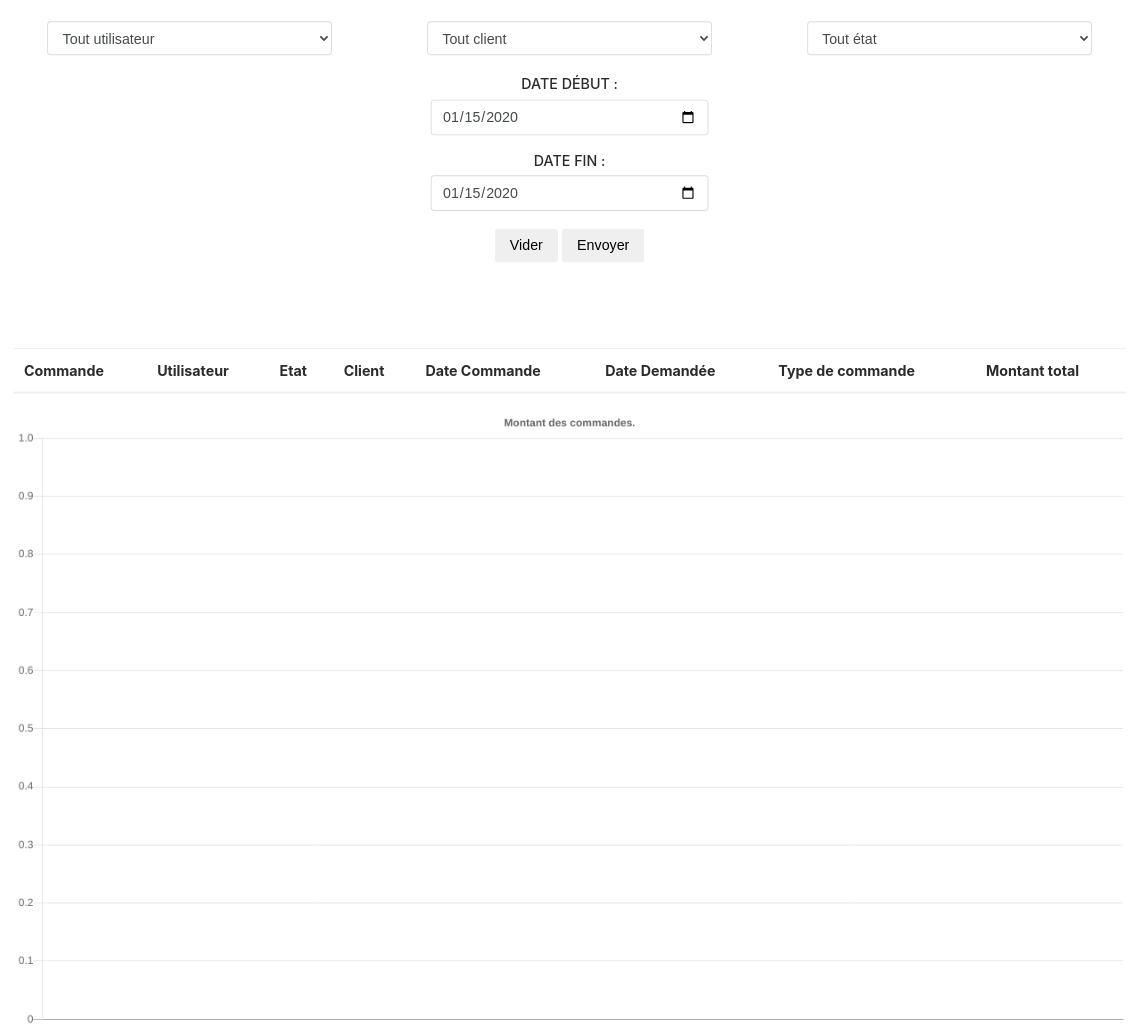
Repository: vmele/Cote
Page: http://localhost/PPE4_VMELE/reporting.jsp
The author's editor kept a copy of each file at every save. The page is drawn from the files as they stood at one save, then again after the next save.
The browser window is 1280 px wide. The pictures show the whole page, at 89% of full size.
Empty fields were first filled with sample values (such as "Sample", 5 or name@example.com).
After loading, the first visible `button[onclick="sendInfos()"]` was clicked once.
Some web libraries are served in a nearby version. The page is served by Tomcat 9. Other server files are loaded and not shown. Queries for data that is not in the repository find no rows.

Above is the page before, as saved 2017-06-06 12:07:18.
Console error (its wording comes from the project's code and is left out).

### Workspace/PPE4_VMELE/WebContent/reporting.jsp
<%@ page language="java" contentType="text/html; charset=UTF-8"
	pageEncoding="UTF-8"%>
<!DOCTYPE html>
<html>
<head>


<link rel="stylesheet"
	href="//code.jquery.com/ui/1.12.1/themes/base/jquery-ui.css">
<link rel="stylesheet" href="css/style.css">
<link rel="stylesheet"
	href="https://maxcdn.bootstrapcdn.com/bootstrap/4.0.0-alpha.6/css/bootstrap.min.css"
	integrity="sha384-rwoIResjU2yc3z8GV/NPeZWAv56rSmLldC3R/AZzGRnGxQQKnKkoFVhFQhNUwEyJ"
	crossorigin="anonymous">
<script src="https://code.jquery.com/jquery-1.12.4.js"></script>
<script src="https://code.jquery.com/ui/1.12.1/jquery-ui.js"></script>
<!-- <script
	src="https://cdn.datatables.net/1.10.15/js/jquery.dataTables.min.js"></script> -->
<script type="text/javascript" src="js/reporting.js"></script>
<script
	src="https://cdnjs.cloudflare.com/ajax/libs/Chart.js/2.5.0/Chart.min.js"></script>
<script
	src="https://maxcdn.bootstrapcdn.com/bootstrap/4.0.0-alpha.6/js/bootstrap.min.js"
	integrity="sha384-vBWWzlZJ8ea9aCX4pEW3rVHjgjt7zpkNpZk+02D9phzyeVkE+jo0ieGizqPLForn"
	crossorigin="anonymous"></script>



<meta http-equiv="Content-Type" content="text/html; charset=UTF-8">
<title>Reporting</title>
</head>
<body>

	<div class="container-fluid">
		<br>
		<div class="selecteur">
			<div class="row">
				<select id="searchUtilisateur" class="form-control col-md-3"
					name="searchUtilisateur">
				</select> <select id="searchClient" class="form-control col-md-3"
					name="searchClient">
				</select> <select id="searchEtat" class="form-control col-md-3"
					name="searchEtat">
				</select>
			</div>
			<br>
			<h6>Date début :</h6>
			<div class="search-container">
				<div class="ui-widget">
					<input type="date" id="dateDebut" name="dateDebut"
						class="search form-control col-md-3" />
				</div>
			</div>

			<h6>Date fin :</h6>
			<div class="search-container">
				<div class="ui-widget">
					<input type="date" id="dateFin" name="dateFin"
						class="search form-control col-md-3" />
				</div>
			</div>
		</div>

		<div class="col-md-12  text-center">
			<button id="searchListe" onclick="viderInfos()" type="button"
				class="btn">Vider</button>
			<button id="searchListe" onclick="sendInfos()" type="button"
				class="btn">Envoyer</button>
		</div>
		<br> <br> <br>


		<script type="text/javascript">
			var barChart = null;

			function sendInfos() {

				var table = document.getElementById("dataTable");

				$('#dataTable tbody').empty();

				if (barChart != null) {
					barChart.destroy();
				}

				var utilisateur = document.getElementById('searchUtilisateur');
				var utilisateurValue = utilisateur.value;

				var client = document.getElementById('searchClient');
				var clientValue = client.value;

				var etat = document.getElementById('searchEtat');
				var etatValue = etat.value;

				var dateDebut = document.getElementById('dateDebut');
				var dateDebutValue = dateDebut.value;

				var dateFin = document.getElementById('dateFin');
				var dateFinValue = dateFin.value;

				console.log("idUtilisateur : " + utilisateurValue
						+ " /n idClient : " + clientValue + " /n Début : "
						+ dateDebutValue + " /n Fin : " + dateFinValue);

				$.ajax({
					url : 'RechercheListe',
					method : 'POST',
					data : 'utilisateur=' + utilisateurValue + '&client='
							+ clientValue + '&etat=' + etatValue + '&debut='
							+ dateDebutValue + '&fin=' + dateFinValue,
					success : function(result) {

						var refCommande = [];
						var utilisateur = [];
						var dateCommande = [];
						var dateDemandee = [];
						var typeCommande = [];
						var moyenContact = [];
						var etatCommande = [];
						var client = [];
						var total = [];

						$.each(result, function(key, value) {

							refCommande.push(value['refCommande']);
							utilisateur.push(value['utilisateur']);
							dateCommande.push(value['dateCommande']);
							dateDemandee.push(value['dateDemandee']);
							typeCommande.push(value['type']);
							moyenContact.push(value['moyenContact']);
							etatCommande.push(value['etatCommande']);
							client.push(value['client']);
							total.push(value['montant']);

						});

						var t = "";
						for (var i = 0; i < refCommande.length; i++) {
							var tr = "<tr>";
							tr += "<td>" + refCommande[i] + "</td>";
							tr += "<td>" + utilisateur[i].prenom + " "
									+ utilisateur[i].nom + "</td>";
							tr += "<td>" + etatCommande[i].libelle + "</td>";
							tr += "<td>" + client[i].raisonSociale + "</td>";
							tr += "<td>" + dateCommande[i] + "</td>";
							tr += "<td>" + dateDemandee[i] + "</td>";
							tr += "<td>" + typeCommande[i].libelle + "</td>";
							tr += "<td>" + total[i] + "€" + "</td>";
							tr += "</tr>";
							t += tr;
						}

						document.getElementById("dataTable").innerHTML += t;
					}
				});
				$.ajax({
					url : 'RechercheChart',
					method : 'POST',
					data : 'utilisateur=' + utilisateurValue + '&client='
							+ clientValue + '&etat=' + etatValue + '&debut='
							+ dateDebutValue + '&fin=' + dateFinValue,
					success : function(result) {
						console.log(result);

						var nom = [];
						var prenom = [];
						var montant = [];

						$.each(result, function(key, value) {
							nom.push(value['nom']);
							prenom.push(value['prenom']);
							montant.push(value['montant']);
						});

						for (var i = 0; i < utilisateur.length; i++) {
							console.log("Liste des utilisateurs : ");
							console.log(nom[i] + " " + prenom[i] + " || "
									+ montant[i]);
						}

						// Bar chart
						barChart = new Chart(document
								.getElementById("bar-chart"), {
							type : 'bar',
							data : {

								labels : nom,
								datasets : [ {
									label : "Recette (€)",
									backgroundColor : [ "#3e95cd", "#8e5ea2",
											"#3cba9f", "#e8c3b9", "#c45850" ],
									data : montant
								} ]
							},
							options : {
								legend : {
									display : false
								},
								title : {
									display : true,
									text : 'Montant des commandes.'
								},
								scales : {
									yAxes : [ {
										ticks : {
											beginAtZero : true
										}
									} ]
								}
							}
						});
					}
				});
			}

			function viderInfos(){

				var table = document.getElementById("dataTable");

				$('#dataTable tbody').empty();

				if (barChart != null) {
					barChart.destroy();
				}
			}
		</script>

		<br>
		<div class="table-responsive">
			<table id="dataTable" cellspacing="0" width="100%"
				class="table table-striped">
				<thead>
					<tr>
						<th>Commande</th>
						<th>Utilisateur</th>
						<th>Etat</th>
						<th>Client</th>
						<th>Date Commande</th>
						<th>Date Demandée</th>
						<th>Type de commande</th>
						<th>Montant total</th>
					</tr>
				</thead>
				<tbody>
					<div>
				</tbody>
			</table>
		</div>
		<canvas id="bar-chart" width="800" height="450"></canvas>


	</div>

</body>
</html>

### Workspace/PPE4_VMELE/src/servlet/RechercheClient.java
package servlet;

import java.io.IOException;
import java.util.ArrayList;
import java.util.List;

import javax.servlet.ServletException;
import javax.servlet.annotation.WebServlet;
import javax.servlet.http.HttpServlet;
import javax.servlet.http.HttpServletRequest;
import javax.servlet.http.HttpServletResponse;

import com.google.gson.Gson;

import business.Client;
import service.ClientService;
import service.impl.ClientServiceImpl;

/**
 * Servlet implementation class RechercheClient
 */
public class RechercheClient extends HttpServlet {
	private static final long serialVersionUID = 1L;

	private ClientService clientServiceImpl;
	List<Client> listeClients = new ArrayList<>();

	/**
	 * @throws Exception
	 * @see HttpServlet#HttpServlet()
	 */
	public RechercheClient() throws Exception {
		clientServiceImpl = new ClientServiceImpl();
	}

	/**
	 * @see HttpServlet#doGet(HttpServletRequest request, HttpServletResponse
	 *      response)
	 */
	protected void doGet(HttpServletRequest request, HttpServletResponse response)
			throws ServletException, IOException {

		System.out.println("Passe par le DoPost /RechercheClientServet");

		response.setContentType("application/json");

		try {

			List<Client> listeClients = clientServiceImpl.recupererListeClients();

			String json = new Gson().toJson(listeClients);
			response.getWriter().write(json);

		} catch (Exception e) {
			System.err.println(e.getMessage());
		}
	}

	/**
	 * @see HttpServlet#doPost(HttpServletRequest request, HttpServletResponse
	 *      response)
	 */
	protected void doPost(HttpServletRequest request, HttpServletResponse response)
			throws ServletException, IOException {
		doGet(request, response);
	}

}

### Workspace/PPE4_VMELE/src/service/impl/ClientServiceImpl.java
package service.impl;

import java.util.ArrayList;
import java.util.List;

import business.Client;
import business.Utilisateur;
import dao.ClientDao;
import dao.impl.ClientDaoImpl;
import service.ClientService;

public class ClientServiceImpl implements ClientService {

	private ClientDao ClientDaoImpl;

	public ClientServiceImpl() throws Exception
	{
		super();
	//	System.out.println("Constructeur ClientServiceImpl");
		this.ClientDaoImpl = new ClientDaoImpl();
	}

	@Override
	public Client recupererClientParID(int idClient)
	{
		Client Client;

		Client = ClientDaoImpl.findClientById(idClient);

		return Client;
	}

	@Override
	public List<Client> recupererListeClients()
	{
		List<Client> listeClients = new ArrayList<Client>();

		listeClients = ClientDaoImpl.findAllClients();

		return listeClients;
	}

	@Override
	public List<Client> recupererClientParRS(String raisonSociale)
	{
		List<Client> listeClients = new ArrayList<Client>();

		listeClients = ClientDaoImpl.findClientByRS(raisonSociale);

		return listeClients;
	}

}

### Workspace/PPE4_VMELE/src/dao/ClientDao.java
package dao;

import java.util.List;

import business.Client;

public interface ClientDao {

	/**
	 * Permet de récupérer un objet Utilisateur en fonction de son ID
	 *
	 * @param idUtilisateur
	 *            ID de l'utilisateur
	 * @return L'objet Utilisateur
	 */
	public Client findClientById(int idClient);

	/**
	 * Permet de récupérer la liste des utilisateurs
	 *
	 * @return Liste des utilisateurs
	 */
	public List<Client> findAllClients();

	public List<Client> findClientByRS(String raisonSociale);
}

### Workspace/PPE4_VMELE/src/service/impl/UtilisateurServiceImpl.java
package service.impl;

import java.util.ArrayList;
import java.util.List;

import business.Utilisateur;
import dao.UtilisateurDao;
import dao.impl.UtilisateurDaoImpl;
import service.UtilisateurService;

public class UtilisateurServiceImpl implements UtilisateurService {

	private UtilisateurDao utilisateurDaoImpl;

	public UtilisateurServiceImpl() throws Exception
	{
		super();
	//	System.out.println("Constructeur UtilisateurServiceImpl");

		this.utilisateurDaoImpl = new UtilisateurDaoImpl();
	}

	@Override
	public Utilisateur recupererUtilisateurParID(int idUtilisateur)
	{
		Utilisateur utilisateur;

		utilisateur = utilisateurDaoImpl.findUtilisateurById(idUtilisateur);

		return utilisateur;
	}

	@Override
	public List<Utilisateur> recupererListeUtilisateurs()
	{

		List<Utilisateur> listeUtilisateurs = new ArrayList<Utilisateur>();

		listeUtilisateurs = utilisateurDaoImpl.findAllUtilisateurs();

		return listeUtilisateurs;
	}

	@Override
	public List<Utilisateur> recupererUtilisateursParPrenom(String prenomUtilisateur)
	{

		List<Utilisateur> listeUtilisateurs = new ArrayList<Utilisateur>();

		listeUtilisateurs = utilisateurDaoImpl.findUtilisateursByName(prenomUtilisateur);

		return listeUtilisateurs;
	}

	@Override
	public List<Utilisateur> recupererUtilisateursMontantParFiltre(String filtre)
	{

		List<Utilisateur> listeUtilisateurs = new ArrayList<Utilisateur>();

		listeUtilisateurs = utilisateurDaoImpl.findUtilisateurByFilter(filtre);

		return listeUtilisateurs;
	}
}

### Workspace/PPE4_VMELE/src/dao/UtilisateurDao.java
package dao;

import java.util.List;

import business.Utilisateur;

public interface UtilisateurDao {

	/**
	 * Permet de récupérer un objet Utilisateur en fonction de son ID
	 *
	 * @param idUtilisateur
	 *            ID de l'utilisateur
	 * @return L'objet Utilisateur
	 */
	public Utilisateur findUtilisateurById(int idUtilisateur);

	/**
	 * Permet de récupérer la liste des utilisateurs
	 *
	 * @return Liste des utilisateurs
	 */
	public List<Utilisateur> findAllUtilisateurs();


	public List<Utilisateur> findUtilisateursByName(String prenomUtilisateur);

	public List<Utilisateur> findUtilisateurByFilter(String filter);

}

### Workspace/PPE4_VMELE/src/dao/EtatCommandeDao.java
package dao;

import java.util.List;

import business.EtatCommande;

public interface EtatCommandeDao {
	/**
	 * Permet de récupérer un objet Utilisateur en fonction de son ID
	 *
	 * @param idUtilisateur
	 *            ID de l'utilisateur
	 * @return L'objet Utilisateur
	 */
	public EtatCommande findEtatCommandeById(int idEtatCommande);

	/**
	 * Permet de récupérer la liste des utilisateurs
	 *
	 * @return Liste des utilisateurs
	 */
	public List<EtatCommande> findAllEtatCommandes();
}

### Workspace/PPE4_VMELE/src/service/impl/CommandeServiceImpl.java
package service.impl;

import java.util.ArrayList;
import java.util.List;

import business.Commande;
import business.Commande;
import dao.CommandeDao;
import dao.CommandeDao;
import dao.impl.CommandeDaoImpl;
import dao.impl.CommandeDaoImpl;
import service.CommandeService;

public class CommandeServiceImpl implements CommandeService {

	private CommandeDao CommandeDaoImpl;

	public CommandeServiceImpl() throws Exception
	{
		super();
	//	System.out.println("Constructeur CommandeServiceImpl");

		this.CommandeDaoImpl = new CommandeDaoImpl();
	}
	@Override
	public Commande recupererCommandeParID(int idCommande)
	{
		Commande Commande;

		Commande = CommandeDaoImpl.findCommandeById(idCommande);

		return Commande;
	}

	@Override
	public List<Commande> recupererListeCommandes()
	{

		List<Commande> listeCommandes = new ArrayList<Commande>();

		listeCommandes = CommandeDaoImpl.findAllCommandes();

		return listeCommandes;
	}

	@Override
	public List<Commande> recuprerListeCommandesParFiltre(String filtre)
	{

		List<Commande> listeCommandes = new ArrayList<Commande>();

		listeCommandes = CommandeDaoImpl.findCommandeByFilter(filtre);

		return listeCommandes;
	}
}

### Workspace/PPE4_VMELE/src/dao/CommandeDao.java
package dao;

import java.util.List;
import business.Commande;
import business.Utilisateur;

public interface CommandeDao {

	/**
	 * Permet de récupérer un objet Utilisateur en fonction de son ID
	 *
	 * @param idUtilisateur
	 *            ID de l'utilisateur
	 * @return L'objet Utilisateur
	 */
	public Commande findCommandeById(int idCommande);

	/**
	 * Permet de récupérer la liste des utilisateurs
	 *
	 * @return Liste des utilisateurs
	 */
	public List<Commande> findAllCommandes();

	/**
	 * Permet de récupérer la liste des commandes selon des filtres de recherche.
	 * @param filter
	 * @return
	 */
	public List<Commande> findCommandeByFilter(String filter);
}

### Workspace/PPE4_VMELE/src/dao/TypeCommandeDao.java
package dao;
import java.util.List;

import business.TypeCommande;

public interface TypeCommandeDao {

	/**
	 * Permet de récupérer un objet Utilisateur en fonction de son ID
	 *
	 * @param idUtilisateur
	 *            ID de l'utilisateur
	 * @return L'objet Utilisateur
	 */
	public TypeCommande findTypeCommandeById(int idTypeCommande);

	/**
	 * Permet de récupérer la liste des utilisateurs
	 *
	 * @return Liste des utilisateurs
	 */
	public List<TypeCommande> findAllTypeCommandes();
}

### Workspace/PPE4_VMELE/src/dao/MoyenContactDao.java
package dao;

import java.util.List;

import business.MoyenContact;

public interface MoyenContactDao {
	/**
	 * Permet de récupérer un objet Utilisateur en fonction de son ID
	 *
	 * @param idUtilisateur
	 *            ID de l'utilisateur
	 * @return L'objet Utilisateur
	 */
	public MoyenContact findMoyenContactById(int idMoyenContact);

	/**
	 * Permet de récupérer la liste des utilisateurs
	 *
	 * @return Liste des utilisateurs
	 */
	public List<MoyenContact> findAllMoyenContacts();
}

### Workspace/PPE4_VMELE/src/dao/requete/UtilisateurRequete.java
package dao.requete;

public class UtilisateurRequete
{


	public static final String ID_MAX_UTILISATEUR = " SELECT MAX (id_personne) FROM utilisateur";

	public static final String FIND_ALL_UTILISATEURS = "SELECT u.id_personne, u.identifiant, "
			+ " u.mot_de_passe, u.mail, u.id_droit, p.nom, p.prenom from utilisateur as u,"
			+ " personne as p WHERE u.id_personne = p.id_personne ORDER BY p.nom";

	public static final String FIND_UTILISATEUR_BY_ID = "SELECT u.id_personne, u.identifiant, "
			+ " u.mot_de_passe, u.mail, u.id_droit, p.nom, p.prenom from utilisateur as u, personne as p "
			+ " WHERE u.id_personne = p.id_personne AND u.id_personne = ? ";

	public static final String FIND_UTILISATEUR_BY_NAME = "SELECT u.id_personne, u.identifiant, "
			+ " u.mot_de_passe, u.mail, u.id_droit, p.nom, p.prenom from utilisateur as u, personne as p"
			+ " WHERE u.id_personne = p.id_personne AND (p.prenom ilike ? or p.nom ilike ?)";


	public static final String BEGIN_FIND_UTILISATEUR_TOTAL_BY_FILTER =
			" SELECT id_personne, sum(quantite*prix_cdt*(1 + taux / 100.00)) as total " +
			" FROM commande as cde, ligne_de_commande as ligne, produit as p, tva" +
			" WHERE cde.id_commande = ligne.id_commande" +
			" and ligne.id_produit = p.id_produit" +
			" and ligne.id_tva = tva.id_tva ";
	public static final String END_FIND_UTILISATEUR_TOTAL_BY_FILTER =
			" group by id_personne" +
			" order by id_personne ";
	public static String utilisateurFilterTotal(String filter){

		String query = BEGIN_FIND_UTILISATEUR_TOTAL_BY_FILTER + filter + END_FIND_UTILISATEUR_TOTAL_BY_FILTER;

		return query;
	}


}

Loaded but not shown: Workspace/PPE4_VMELE/WebContent/js/reporting.js (81 lines, source omitted); Workspace/PPE4_VMELE/src/dao/impl/CommandeDaoImpl.java (308 lines, source omitted); Workspace/PPE4_VMELE/src/dao/impl/UtilisateurDaoImpl.java (208 lines, source omitted); Workspace/PPE4_VMELE/src/dao/impl/ClientDaoImpl.java (129 lines, source omitted); Workspace/PPE4_VMELE/src/servlet/RechercheChart.java (87 lines, source omitted); Workspace/PPE4_VMELE/src/servlet/RechercheListe.java (90 lines, source omitted); Workspace/PPE4_VMELE/src/dao/impl/EtatCommandeDaoImpl.java (95 lines, source omitted); Workspace/PPE4_VMELE/src/servlet/RechercheUtilisateur.java (86 lines, source omitted); Workspace/PPE4_VMELE/WebContent/css/style.css (87 lines, source omitted); Workspace/PPE4_VMELE/src/dao/requete/CommandeRequete.java (42 lines, source omitted); Workspace/PPE4_VMELE/src/dao/ConnexionBDD.java (120 lines, source omitted); Workspace/PPE4_VMELE/src/servlet/RechercheEtatCommande.java (64 lines, source omitted)

After the next save:
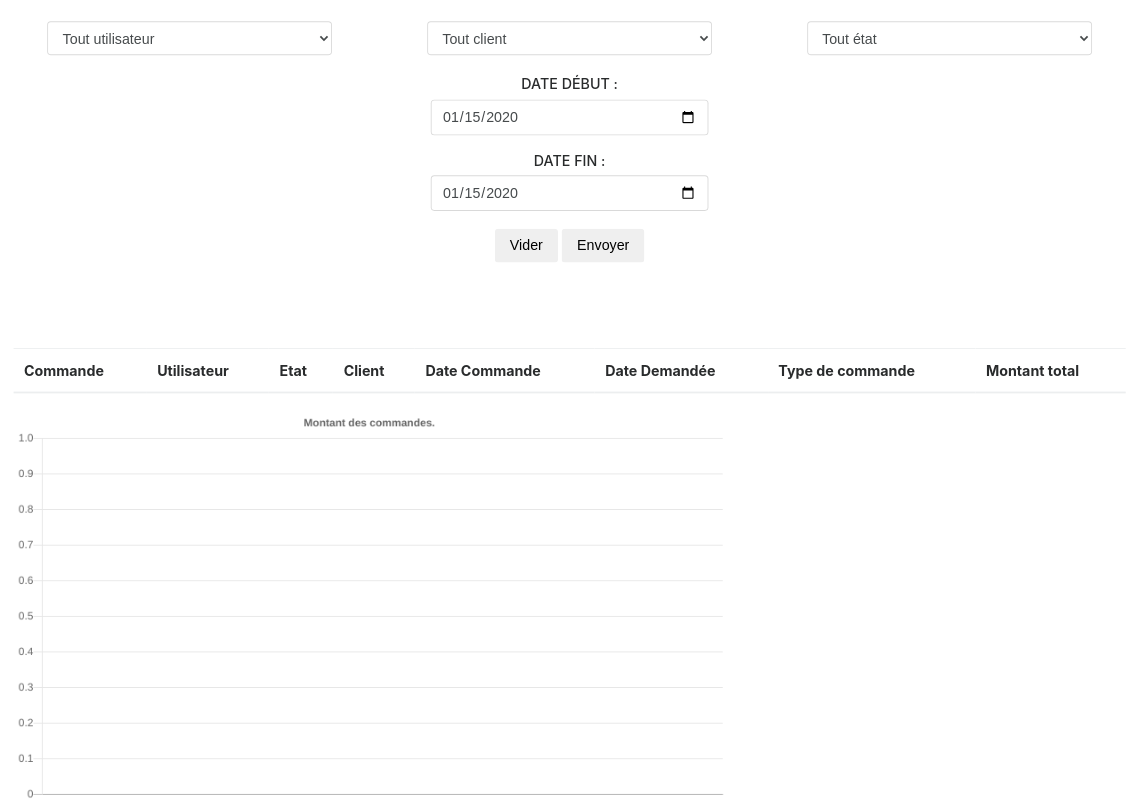
Saved 2 min 8 s later.
--- a/Workspace/PPE4_VMELE/WebContent/reporting.jsp
+++ b/Workspace/PPE4_VMELE/WebContent/reporting.jsp
@@ -196,6 +196,7 @@
 								legend : {
 									display : false
 								},
+			                    responsive: false,
 								title : {
 									display : true,
 									text : 'Montant des commandes.'

After the save that followed:
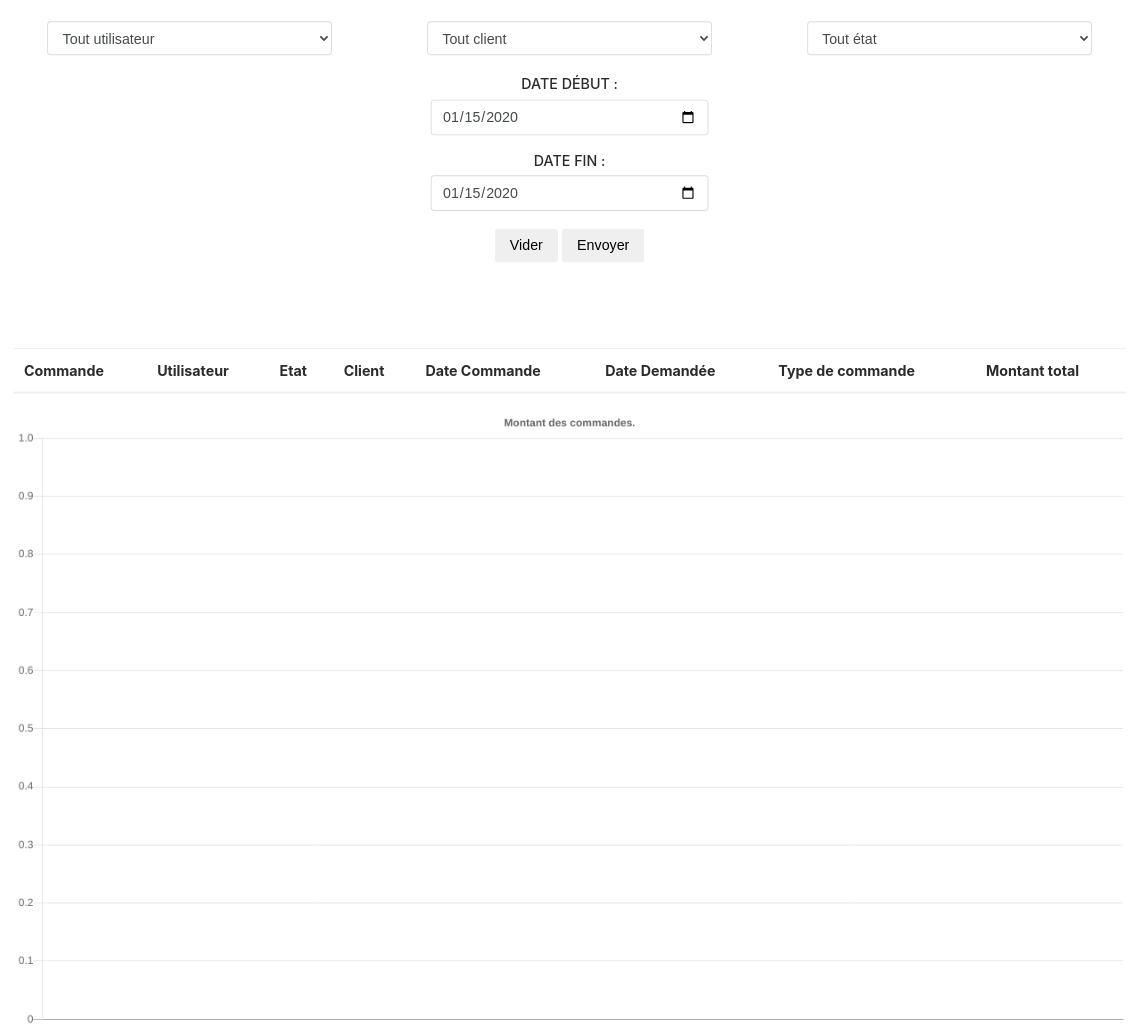
Saved 31 s later.
--- a/Workspace/PPE4_VMELE/WebContent/reporting.jsp
+++ b/Workspace/PPE4_VMELE/WebContent/reporting.jsp
@@ -196,7 +196,6 @@
 								legend : {
 									display : false
 								},
-			                    responsive: false,
 								title : {
 									display : true,
 									text : 'Montant des commandes.'
